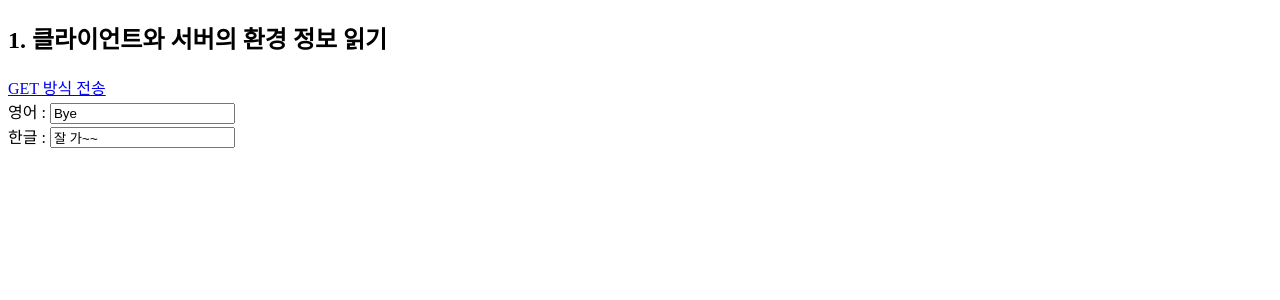
Repository: achul1026/jspStudy
Page: http://localhost/MustHaveJSP/02ImplicitObject/RequestMain.jsp
The author's editor kept a copy of each file at every save. The page is drawn from the files as they stood at one save, then again after the next save.
The browser window is 1280 px wide. The pictures show the whole page.
The page is served by Tomcat 9. Other server files are loaded and not shown.

Above is the page before, as saved 2022-09-21 12:08:43.

### MustHaveJSP/src/main/webapp/02ImplicitObject/RequestMain.jsp
<%@ page language="java" contentType="text/html; charset=EUC-KR"
    pageEncoding="UTF-8"%>
<!DOCTYPE html>
<html>
<head>
<meta charset="UTF-8">
<title>내장 객체 - request</title>
</head>
<body>
	<h2>1. 클라이언트와 서버의 환경 정보 읽기</h2>
	<a href="./RequestWebInfo.jsp?eng=Hello&han=안녕">
		GET 방식 전송
	</a>
	<br>
	<form action="RequestWebInfo.jsp" method="post">
		영어 : <input type="text" name="eng" value="Bye">
		<br>
		한글 : <input type="text" name="han" value="잘 가~~">
	</form>
</body>
</html>

After the next save:
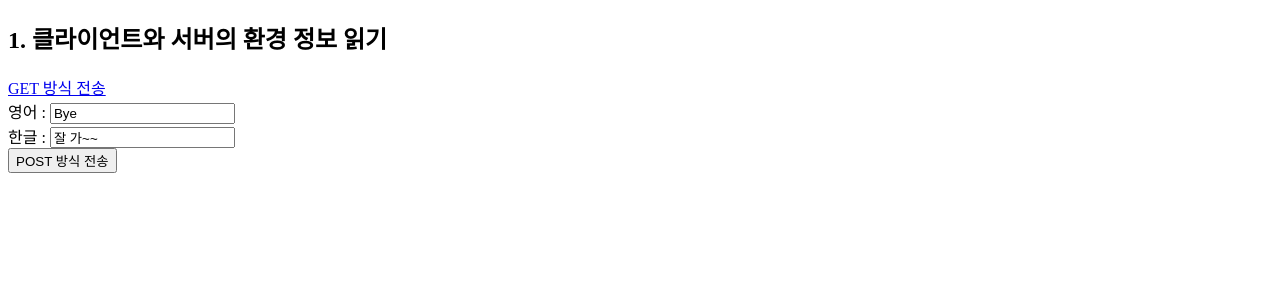
Saved 26 s later.
--- a/MustHaveJSP/src/main/webapp/02ImplicitObject/RequestMain.jsp
+++ b/MustHaveJSP/src/main/webapp/02ImplicitObject/RequestMain.jsp
@@ -16,6 +16,8 @@
 		영어 : <input type="text" name="eng" value="Bye">
 		<br>
 		한글 : <input type="text" name="han" value="잘 가~~">
+		<br>
+		<input type="submit" value="POST 방식 전송">
 	</form>
 </body>
 </html>
